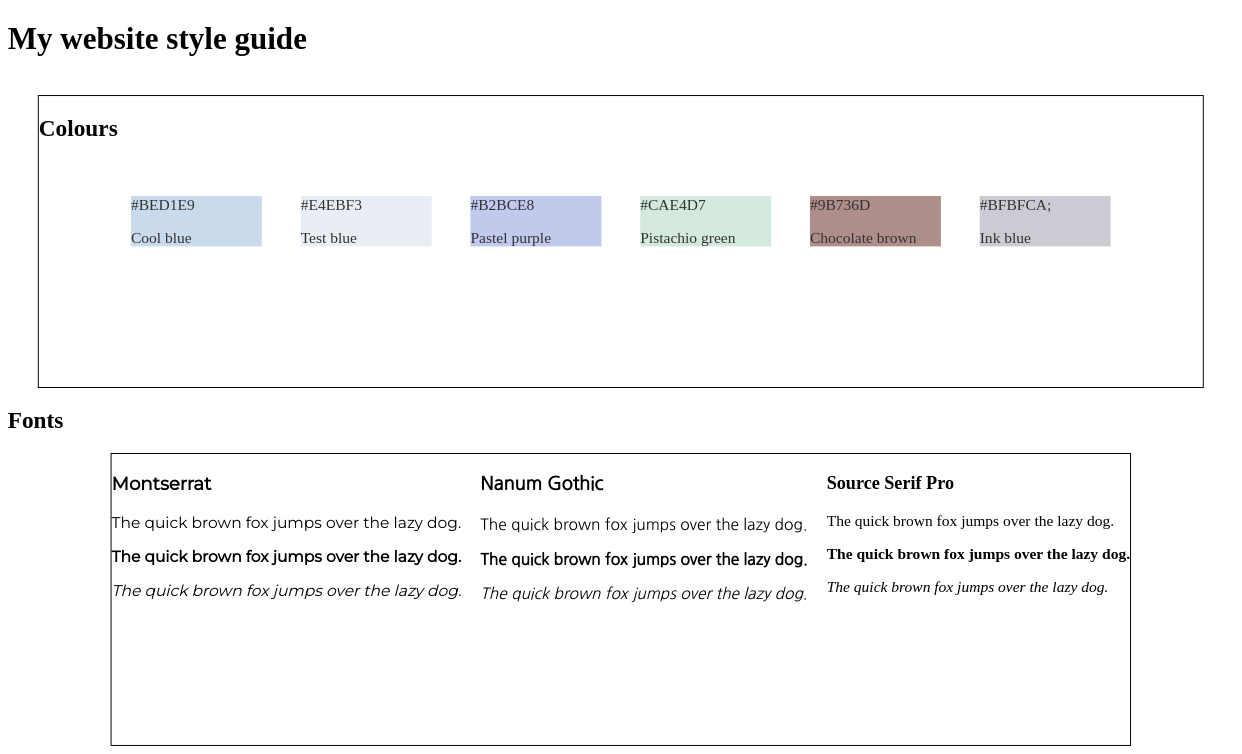
Repository: nazaninrizvi/codecademy
Page: Javascript/website-design-system/index.html
An editor plug-in stored every save of this project. The page is shown before and after a run of saves, followed by the edit.
The browser window is 1280 px wide. The pictures show the whole page, at 97% of full size.
Some web fonts or font styles are not loaded; a fallback is used.

Above is the page before, as saved 2021-11-27 22:00:33.

### Javascript/website-design-system/index.html
<!DOCTYPE html>
<html>
    <head>
        <title>My website style guide</title>
        <link rel="stylesheet" href="styles.css" type="text/css" />
        <link rel="preconnect" href="https://fonts.googleapis.com">
<link rel="preconnect" href="https://fonts.gstatic.com" crossorigin>
<link href="https://fonts.googleapis.com/css2?family=Montserrat&family=Nanum+Gothic&family=Source+Serif+Pro:ital,wght@1,300&display=swap" rel="stylesheet">
        <body>
        <h1>My website style guide</h1>
        <div id="colors">
            <div class="colors-container">
                <h2>Colours</h2>
                <div class="colcontainer">
                    <div class="cols"><div id="coolblue">
                        <p>#BED1E9</p>
                        <p>Cool blue</p>
                    </div></div>

                    <div class="cols"><div id="testBlue">
                        <p>#E4EBF3</p>
                        <p>Test blue</p>
                    </div></div>

                    <div class="cols"><div id="pastelPurple">
                        <p>#B2BCE8</p>
                        <p>Pastel purple</p>
                    </div></div>

                    <div class="cols"><div id="pistachio">
                        <p>#CAE4D7</p>
                        <p>Pistachio green</p>
                    </div></div>

                    <div class="cols"><div id="brown">
                        <p>#9B736D</p>
                        <p>Chocolate brown</p>
                    </div></div>

                    <div class="cols"><div id="inkBlue">
                        <p>#BFBFCA;</p>
                        <p>Ink blue</p>
                    </div></div>
                </div>
            </div>
        </div>
        <div id="fonts">
           <h2>Fonts</h2>
           <div class="fontcontainer">
               <div class='font' id='montserrat'>
                   <h3>Montserrat</h3>
                    <p>The quick brown fox jumps over the lazy dog.</p>
                    <p><b>The quick brown fox jumps over the lazy dog.</b></p>
                    <p><i>The quick brown fox jumps over the lazy dog.</i></p>                </i></p>
                </div>

                <div class='font' id="nanum">
                    <h3>Nanum Gothic</h3>
                     <p>The quick brown fox jumps over the lazy dog.</p>
                     <p><b>The quick brown fox jumps over the lazy dog.</b></p>
                     <p><i>The quick brown fox jumps over the lazy dog.</i></p>                </i></p>
                </div>

                <div class='font' id="sourceSerif">
                    <h3>Source Serif Pro</h3>
                     <p>The quick brown fox jumps over the lazy dog.</p>
                     <p><b>The quick brown fox jumps over the lazy dog.</b></p>
                     <p><i>The quick brown fox jumps over the lazy dog.</i></p>                </i></p>
                 </div>
           </div>
        </div>
    </body>
</html>

### Javascript/website-design-system/styles.css


.colors-container{
    height: 300px;
    max-width: 1200px;
    margin: 40px auto auto auto;
    border: 1px solid black;
  }

  .colcontainer{
    max-width: 1050px;
    margin: 15px auto auto auto;
    display: flex;
    justify-content: space-between;
  }

  .cols{
    height: 300px;
    padding: 20px;
    margin-bottom: auto;
    flex-basis: 30%;
    box-sizing: border-box;
    opacity: 0.8;
  }

#coolblue{
    background-color: #bed1e9;
  }
#testBlue{
    background-color: #E4EBF3;
}
#pastelPurple{
    background-color: #B2BCE8;
}

#pistachio{
    background-color: #CAE4D7;
}

#brown{
    background-color: #9B736D;
}

#inkBlue{
    background-color: #BFBFCA;
}

.fontcontainer{
  height: 300px;
  max-width: 1200px;
  border: 1px solid black;
  max-width: 1050px;
  margin: 15px auto auto auto;
  display: flex;
  justify-content: space-between;
  flex-wrap: wrap;
}

.fonts{
  height: 500px;
  padding: 20px;
  margin-bottom: auto;
  flex-basis: 30%;
  box-sizing: border-box;
  opacity: 0.8;
}

#montserrat{
  font-family: 'Montserrat', sans-serif;
}

#nanum{
  font-family: 'Nanum Gothic', sans-serif;
}

#sourceSerif{
  font-family: 'Source Serif Pro', serif;
}

After the next 2 saves:
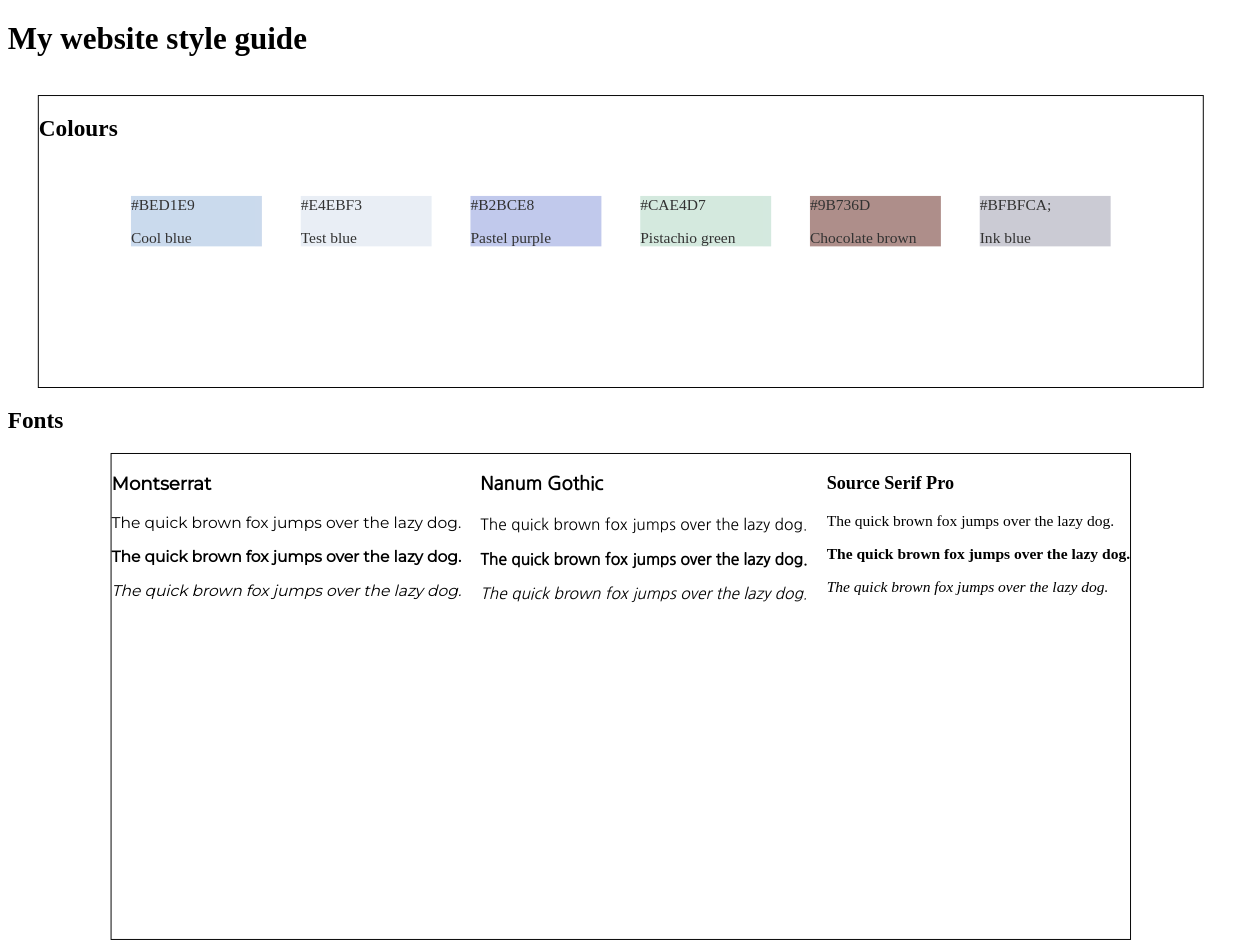
The 2 saves are shown as one change because they came seconds apart.
The last was saved 16 s later.
--- a/Javascript/website-design-system/styles.css
+++ b/Javascript/website-design-system/styles.css
@@ -46,7 +46,7 @@
 }
 
 .fontcontainer{
-  height: 300px;
+  height: 500px;
   max-width: 1200px;
   border: 1px solid black;
   max-width: 1050px;
@@ -57,7 +57,7 @@
 }
 
 .fonts{
-  height: 500px;
+  height: 300px;
   padding: 20px;
   margin-bottom: auto;
   flex-basis: 30%;
